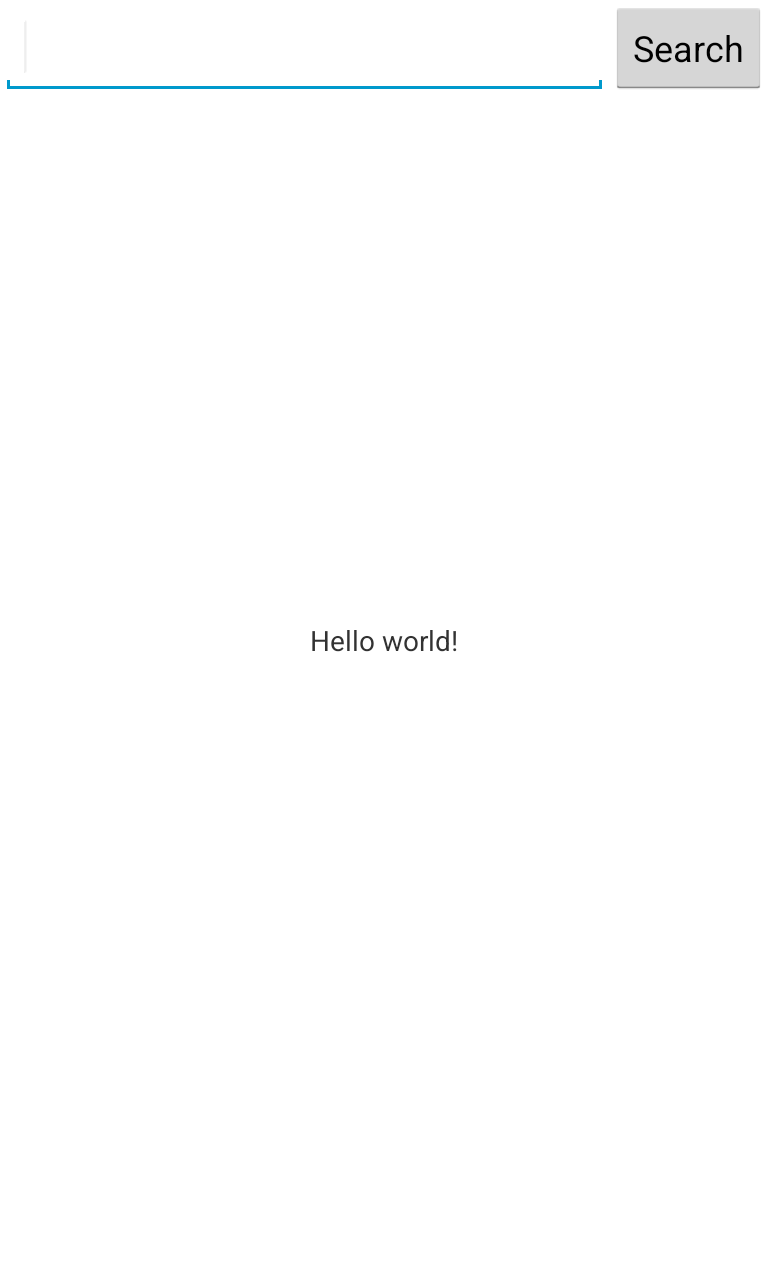
Repository: Kenkron/RateAGator
Layout: RateAGator/res/layout/activity_main.xml
These files come from the project's save history. The layout is drawn as it stood at one moment and after the next save; the edit follows.
It is drawn on a 768 x 1280 px phone screen (xhdpi) without system bars, with theme AppTheme; the app's code is not run.

Above is the layout before, as saved 2013-01-31 01:18:17.

After the next save:
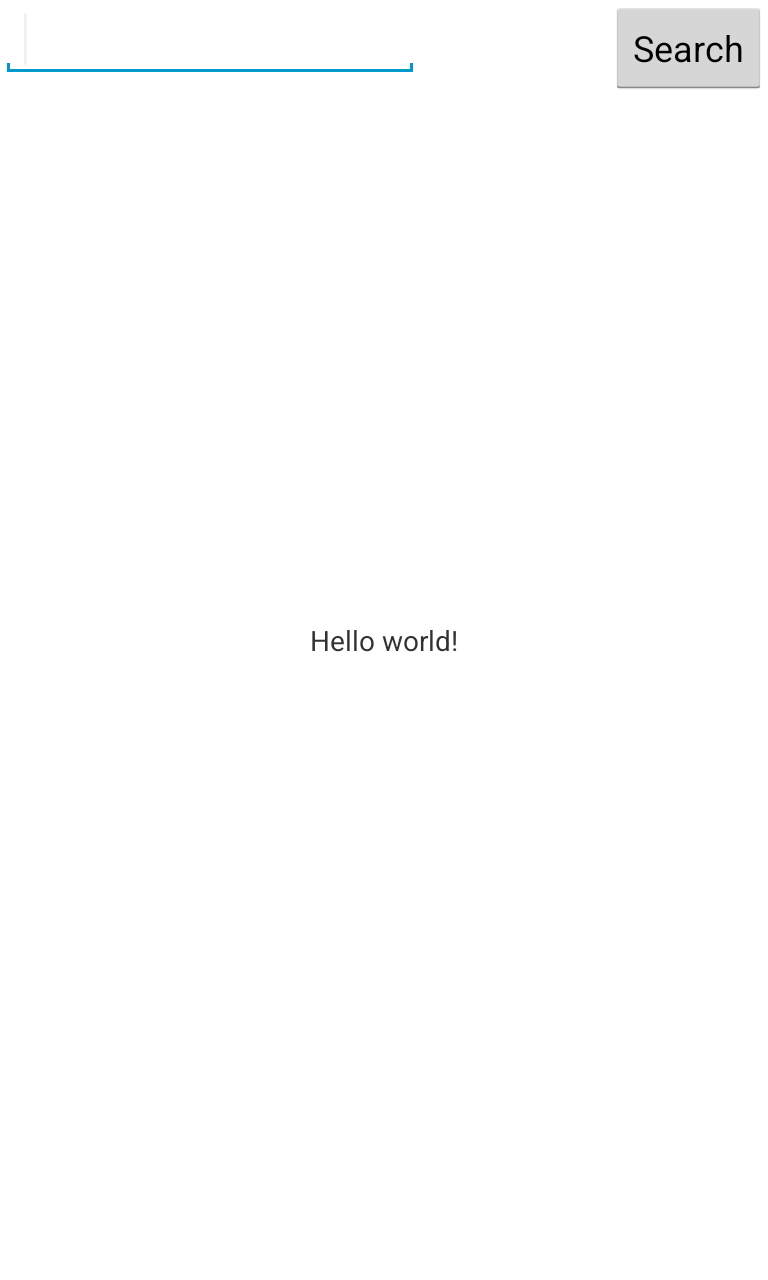
Saved 82 s later.
--- a/RateAGator/res/layout/activity_main.xml
+++ b/RateAGator/res/layout/activity_main.xml
@@ -26,11 +26,12 @@
     </EditText>
 
     <Button
-        android:id="@+id/button1"
+        android:id="@+id/searchButton"
         android:layout_width="wrap_content"
         android:layout_height="wrap_content"
         android:layout_alignParentRight="true"
         android:layout_alignParentTop="true"
+        android:onClick="search"
         android:text="@string/search" />
 
 </RelativeLayout>

After the save that followed:
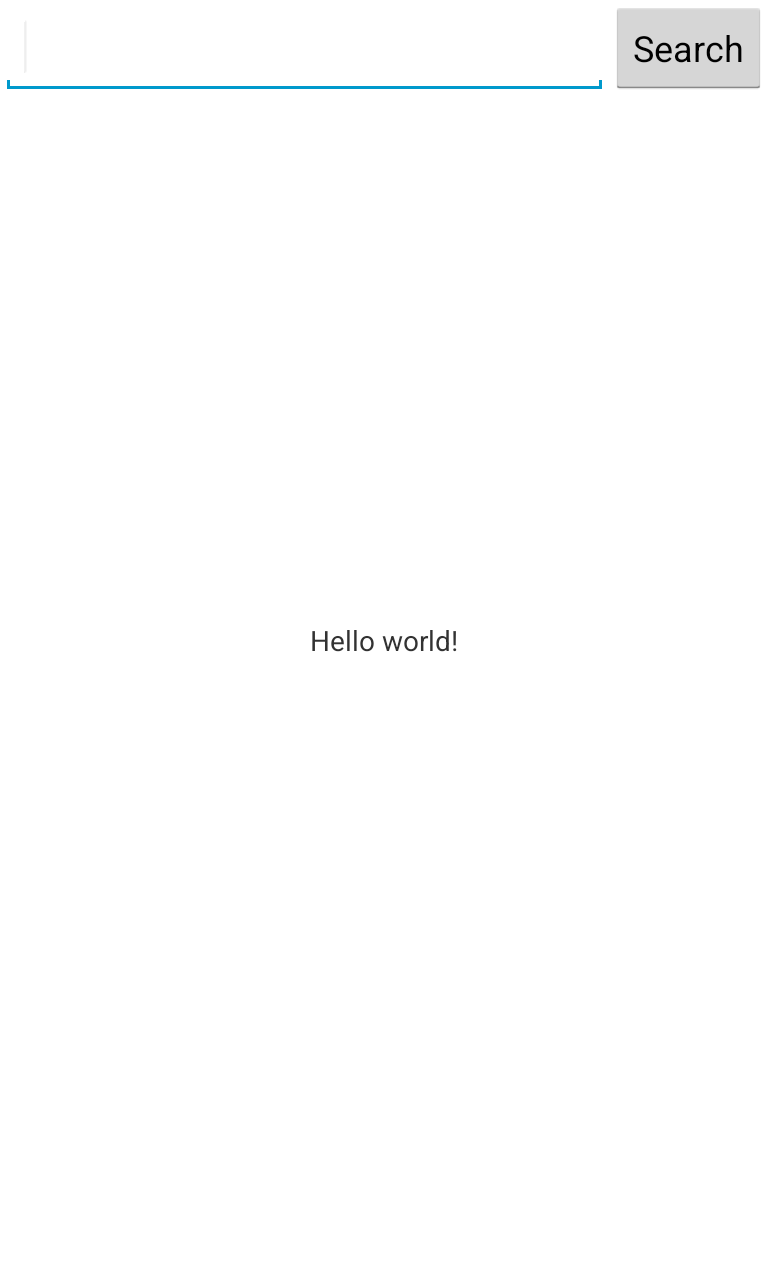
Saved 13 s later.
--- a/RateAGator/res/layout/activity_main.xml
+++ b/RateAGator/res/layout/activity_main.xml
@@ -15,10 +15,10 @@
         android:id="@+id/searchBar"
         android:layout_width="wrap_content"
         android:layout_height="wrap_content"
-        android:layout_alignBottom="@+id/button1"
+        android:layout_alignBottom="@+id/searchButton"
         android:layout_alignParentLeft="true"
         android:layout_alignParentTop="true"
-        android:layout_toLeftOf="@+id/button1"
+        android:layout_toLeftOf="@+id/searchButton"
         android:ems="10"
         android:inputType="text" >
 
